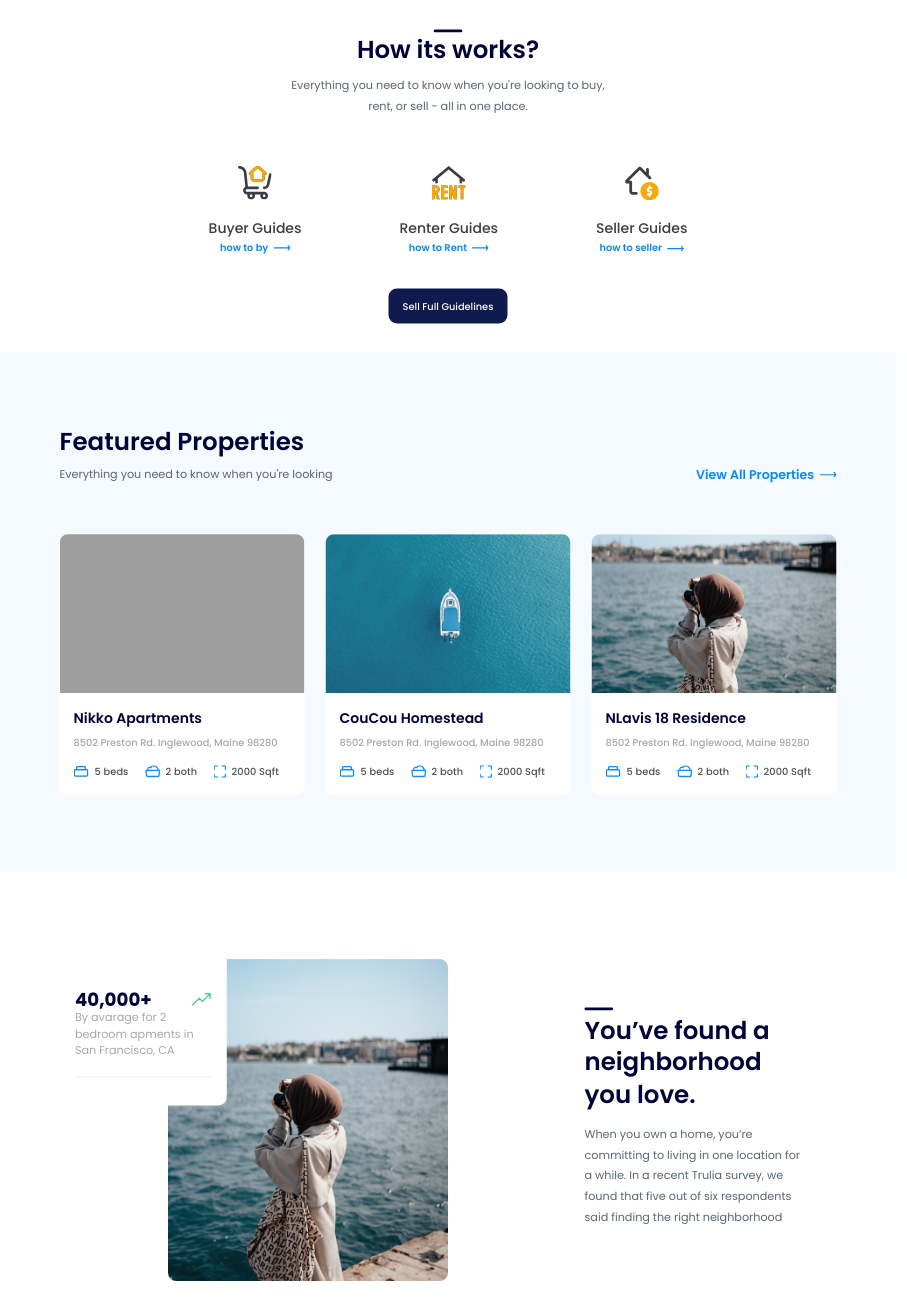
Repository: Kazuto-2004/f8-htmlcss-01
Page: index.html
These files come from the project's save history. The page is drawn as it stood at one moment and after the next save; the edit follows.
The browser window is 1280 px wide. The page is 1295 px wide, so the pictures cover 1295 px, including what lies to the right of the window. The pictures show the part of the page from y = 1193 to 3073 px (the page is 3073 px tall), at 70% of full size.
Pictures or frames that could not be fetched are drawn as grey boxes.

Above is the page before, as saved 2023-07-15 10:17:07.

### index.html
<!DOCTYPE html>
<html lang="en">
    <head>
        <meta charset="UTF-8" />
        <meta name="viewport" content="width=device-width, initial-scale=1.0" />
        <title>F8 Project01</title>
        <link rel="stylesheet" href="./assets/css/reset.css" />
        <!-- Embed fonts -->
        <link rel="preconnect" href="https://fonts.googleapis.com" />
        <link rel="preconnect" href="https://fonts.gstatic.com" crossorigin />
        <link
            href="https://fonts.googleapis.com/css2?family=Lato:wght@700&display=swap"
            rel="stylesheet" />
        <link rel="stylesheet" href="./assets/fonts/stylesheet.css" />
        <!-- <style> style</style> -->
        <link rel="stylesheet" href="assets/css/styles.css" />
    </head>
    <body>
        <main style="height: 1000px">
            <!-- Header -->
            <header class="header">
                <div class="content">
                    <nav class="navbar">
                        <!-- Logo -->
                        <img src="./assets/img/Logo.svg" alt="Besnik." />
                        <!-- Navigation -->
                        <ul>
                            <li>
                                <a href="#!">Home</a>
                            </li>
                            <li>
                                <a href="#!">Features</a>
                            </li>
                            <li>
                                <a href="#!">Services</a>
                            </li>
                            <li>
                                <a href="#!">Resources</a>
                            </li>
                            <li>
                                <a href="#!">Contact</a>
                            </li>
                        </ul>
                        <!-- Action -->
                        <div class="action">
                            <a href="#!" class="action-link">Sign in</a>
                            <a href="#!" class="btn action-btn">Sign up</a>
                        </div>
                    </nav>
                    <div class="hero">
                        <div class="info">
                            <p class="sub-title">Welcome to Besnik Agency</p>
                            <h1 class="title">
                                Discover a place you'll love to live.
                            </h1>
                            <p class="desc">
                                Get the best real estate deals first, before
                                they hit the mass market! HOT FORECLOSURE DEALS
                                with one simple search.
                            </p>
                            <!-- call to action -->
                            <a href="#!" class="btn hero-cta">More About Us</a>
                        </div>

                        <img
                            src="./assets/img/hero-img.svg"
                            alt="Discover a place you'll love to live."
                            class="hero-img" />
                    </div>
                </div>
            </header>

            <!-- clients -->
            <div class="clients">
                <div class="content">
                    <div class="row">
                        <!-- logo -->
                        <img src="./assets/img/Logo.svg" alt="Besnik." />

                        <!-- star -->
                        <div class="star">
                            <img src="./assets/img/Star.svg" alt="" />
                        </div>
                    </div>
                    <div class="row row-desc">
                        <p class="desc">
                            More than 45,000+ companies trust besnik
                        </p>
                        <p class="desc">5 Star Ratings (2k+ Review)</p>
                    </div>
                    <div class="image">
                        <img src="./assets/img/meundies.svg" alt="me undies" />
                        <img src="./assets/img/slack.svg" alt="slack" />
                        <img src="./assets/img/amazon.svg" alt="amazon" />
                        <img
                            src="./assets/img/woocommerce.svg"
                            alt="woo commerce" />
                        <img src="./assets/img/sitepoint.svg" alt="sitepoint" />
                    </div>
                </div>
            </div>

            <!-- Guides -->
            <div class="guides">
                <div class="content">
                    <h2 class="sub-title">How its works?</h2>
                    <p class="desc">
                        Everything you need to know when you're looking to buy,
                        rent, or sell - all in one place.
                    </p>

                    <!--  list guide -->
                    <ul class="list-guide">
                        <li class="guide-item">
                            <img
                                src="./assets/img/Buyer.svg"
                                alt="Buyer"
                                class="icon" />
                            <h3 class="title">Buyer Guides</h3>
                            <a href="#!" class="link">
                                <span>how to by</span>
                                <img
                                    src="./assets/img/arow-right.svg"
                                    alt="arrow-right"
                                    class="arrow" />
                            </a>
                        </li>
                        <li class="guide-item">
                            <img
                                src="./assets/img/renter.svg"
                                alt="renter"
                                class="icon" />
                            <h3 class="title">Renter Guides</h3>
                            <a href="#!" class="link">
                                <span>how to Rent</span>
                                <img
                                    src="./assets/img/arow-right.svg"
                                    alt="arrow-right"
                                    class="arrow" />
                            </a>
                        </li>
                        <li class="guide-item">
                            <img
                                src="./assets/img/seller.svg"
                                alt="sellert"
                                class="icon" />
                            <h3 class="title">Seller Guides</h3>
                            <a href="#!" class="link">
                                <span>how to seller</span>
                                <img
                                    src="./assets/img/arow-right.svg"
                                    alt="arrow-right"
                                    class="arrow" />
                            </a>
                        </li>
                    </ul>

                    <div class="guide-cta">
                        <a href="#!" class="btn">Sell Full Guidelines</a>
                    </div>
                </div>
            </div>

            <!-- Featured -->
            <div class="featured">
                <div class="content">
                    <header>
                        <h2 class="sub-title">Featured Properties</h2>
                        <div class="row">
                            <p class="desc">
                                Everything you need to know when you're looking
                            </p>
                            <a href="#!" class="link"
                                ><span>View All Properties</span
                                ><img
                                    src="./assets/img/arow-right.svg"
                                    alt="arrow"
                                    class="arrow"
                            /></a>
                        </div>
                    </header>

                    <div class="list">
                        <!-- Featured 1 -->
                        <div class="item">
                            <a href="#!">
                                <img
                                    src="./assets/img/featured1.jpg"
                                    alt="Nikko Apartments"
                                    class="thumb" />
                            </a>
                            <div class="body">
                                <h3 class="title">
                                    <a href="#!" class="line-clamp">Nikko Apartments</a>
                                </h3>
                                <p class="desc line-clamp">
                                    8502 Preston Rd. Inglewood, Maine 98280
                                </p>
                                <div class="info">
                                    <img
                                        src="./assets/img/beds.svg"
                                        alt=""
                                        class="icon" />
                                    <span class="label">5 beds</span>

                                    <img
                                        src="./assets/img/both.svg"
                                        alt=""
                                        class="icon" />
                                    <span class="label">2 both</span>

                                    <img
                                        src="./assets/img/sqft.svg"
                                        alt=""
                                        class="icon" />
                                    <span class="label">2000 Sqft</span>
                                </div>
                            </div>
                        </div>

                        <!-- Featured 2 -->
                        <div class="item">
                            <a href="#!">
                                <img
                                    src="./assets/img/featured2.jpg"
                                    alt="CouCou Homestead"
                                    class="thumb" />
                            </a>
                            <div class="body">
                                <h3 class="title">
                                    <a href="#!" class="line-clamp">CouCou Homestead</a>
                                </h3>
                                <p class="desc line-clamp">
                                    8502 Preston Rd. Inglewood, Maine 98280
                                </p>
                                <div class="info">
                                    <img
                                        src="./assets/img/beds.svg"
                                        alt=""
                                        class="icon" />
                                    <span class="label">5 beds</span>

                                    <img
                                        src="./assets/img/both.svg"
                                        alt=""
                                        class="icon" />
                                    <span class="label">2 both</span>

                                    <img
                                        src="./assets/img/sqft.svg"
                                        alt=""
                                        class="icon" />
                                    <span class="label">2000 Sqft</span>
                                </div>
                            </div>
                        </div>

                        <!-- Featured 3 -->
                        <div class="item">
                            <a href="#!">
                                <img
                                    src="./assets/img/featured3.jpg"
                                    alt="Lavis 18 Residence"
                                    class="thumb" />
                            </a>
                            <div class="body">
                                <h3 class="title">
                                    <a href="#!" class="line-clamp">NLavis 18 Residence</a>
                                </h3>
                                <p class="desc line-clamp" >
                                    8502 Preston Rd. Inglewood, Maine 98280
                                </p>
                                <div class="info">
                                    <img
                                        src="./assets/img/beds.svg"
                                        alt=""
                                        class="icon" />
                                    <span class="label">5 beds</span>

                                    <img
                                        src="./assets/img/both.svg"
                                        alt=""
                                        class="icon" />
                                    <span class="label">2 both</span>

                                    <img
                                        src="./assets/img/sqft.svg"
                                        alt=""
                                        class="icon" />
                                    <span class="label">2000 Sqft</span>
                                </div>
                            </div>
                        </div>
                    </div>
                </div>
            </div>

            <!-- Stats -->
            <div class="stats">
                <div class="content">
                    <div class="row">
                        <div class="img-block">

                            <img class="image" src="./assets/img/starts.jpg" alt="You’ve found a neighborhood you love.">
                             <!-- trend -->
                        <div class="stats-trend">
                            <div class="row">
                                <strong class="value">40,000+</strong>
                                <img src="./assets/img/arrow-trend-up.svg" alt="" class="icon">
                            </div>
                            <p class="desc">By avarage for 2 bedroom apments in San Francisco, CA</p>
                            <div class="separate"></div>
                        </div>
                        </div>
                        <div class="info">
                            <h2 class="sub-title">You’ve found a neighborhood you love.</h2>
                            <p
                             class="desc">When you own a home, you’re committing to living in one location for a while. In a recent Trulia survey, we found that five out of six respondents said finding the right neighborhood
                            </p>
                        </div>
                    </div>
                </div>
            </div>
        </main>
    </body>
</html>

### assets/css/styles.css
* {
    box-sizing: border-box;
}

:root {
    --primary-color: #0f1b4c;
}
html {
    font-size: 62.5%;
}

body {
    font-size: 1.6rem;
    font-family: "Poppins", sans-serif;
}
/* Common */
a {
    text-decoration: none;
}
.content {
    width: 1110px;
    max-width: calc(100% - 48px);
    margin: auto;
}
.btn {
    display: inline-block;
    min-width: 98px;
    padding: 18px 16px;
    border-radius: 12px;
    background: var(--primary-color);
    color: #fff;
    font-size: 1.4rem;
    font-weight: 500;
    text-align: center;
}

.btn:hover {
    opacity: 0.9;
}

.line-clamp {
    display: -webkit-box;
    -webkit-line-clamp: var(--line-clamp, 2);
    -webkit-box-orient: vertical;
    overflow: hidden;
}
/* ==== Header ==== */
.header {
    background-color: #e6f0ff;
    height: 100vh;
    position: relative;
}

.navbar {
    display: flex;
    align-items: center;
    padding-top: 38px;
}

.navbar ul {
    display: flex;
    margin-left: 50px;
}

.navbar .action {
    margin-left: auto;
}

.navbar ul a {
    font-size: 1.4rem;
    font-weight: 500;
    color: #4f5361;
    padding: 8px 14px;
}

.navbar ul a:hover {
    text-decoration: underline;
}

.navbar .action-link {
    color: var(--primary-color);
    font-size: 1.4rem;
    font-weight: 500;
}

.navbar .action-btn {
    padding: 13px 16px;
    margin-left: 18px;
    border-radius: 8px;
}
/* ---hero--- */
.hero {
    margin-top: 130px;
}

.hero .info {
    width: 51%;
}

.hero .sub-title {
    color: #687690;
    font-size: 1.8rem;
    line-height: 1.5;
    letter-spacing: 0.01em;
}

.hero .title {
    margin-top: 8px;
    color: #000336;
    font-size: 6.2rem;
    font-weight: 700;
    line-height: 1.19;
}

.hero .desc {
    margin-top: 30px;
    color: #5a6473;
    font-size: 1.8rem;
    font-weight: 400;
    line-height: 1.78;
}

.hero-cta {
    min-width: 170px;
    margin-top: 40px;
}

.hero-img {
    position: absolute;
    right: calc((100vw - 1110px) / 2 - 100px);
    bottom: 0;
}

/*===== clients ======*/
.clients {
    margin-top: 79px;
    padding: 43px 64px 0px;
}

.clients .row {
    display: flex;
    justify-content: space-between;
}

.clients .desc {
    color: #7d8589;
    font-size: 1.6rem;
    font-weight: 500;
    line-height: 1.25;
}

.clients .row-desc {
    margin-top: 23px;
}

.clients .image {
    margin-top: 96px;
    display: flex;
    justify-content: space-between;
    align-items: center;
}

/*===== guides ======*/
.guides {
    margin-top: 200px;
}

.guides .sub-title {
    position: relative;
    color: #000339;
    text-align: center;
    font-size: 3.5rem;
    font-weight: 600;
    line-height: 1;
}

.guides .sub-title::before {
    position: absolute;
    top: -10px;
    left: 50%;
    transform: translate(-50%);
    content: "";
    display: inline-block;
    width: 41px;
    height: 4px;
    border-radius: 12px;
    background: #000339;
}

.guides .desc {
    width: 459px;
    max-width: 100%;
    color: #5a6473;
    text-align: center;
    font-size: 1.6rem;
    font-weight: 400;
    line-height: 1.88;
    margin: 20px auto 0;
}

.list-guide {
    margin-top: 70px;
    display: flex;
    justify-content: center;
}

.guide-item {
    margin: 0 70px;
    text-align: center;
}

.guide-item .title {
    margin-top: 26px;
    color: #3b3c45;
    font-size: 2rem;
    font-weight: 500;
    line-height: 1.1;
}

.guide-item .link {
    display: inline-block;
    color: #0689ff;
    font-size: 1.4rem;
    font-weight: 600;
    margin-top: 10px;
}

.guide-item .arrow {
    margin-left: 4px;
}

.guide-cta {
    display: flex;
    justify-content: center;
    margin-top: 50px;
}

.guide-cta .btn {
    min-width: 170px;
}

/*======== featured======= */
.featured {
    margin-top: 41px;
    background: #f5fafe;
    padding: 110px 0;
}

.featured .sub-title {
    font-size: 3.5rem;
    font-style: normal;
    font-weight: 600;
    line-height: 1;
    color: #000339;
}

.featured .row {
    display: flex;
    justify-content: space-between;
    margin-top: 15px;
}

.featured .desc {
    color: #5a6473;
    font-size: 1.6rem;
    font-weight: 400;
    line-height: 1.88;
}

.featured .link {
    display: flex;
    align-items: center;
    color: #0689ff;
    font-size: 1.8rem;
    font-weight: 600;
}

.featured .link .arrow {
    margin-left: 8px;
}

.featured .list {
    margin-top: 70px;
    gap: 30px;
    display: flex;
}

.featured .item {
    flex: 1;
    background-color: #fff;
    border-radius: 12px;
}

.featured .item .thumb {
    width: 100%;
    height: 227px;
    object-fit: cover;
    border-top-left-radius: 12px;
    border-top-right-radius: 12px;
}

.featured .item .body {
    padding: 17px 20px 24px;
}

.featured .item .title a{
    color: #000339;
    font-size: 2rem;
    font-weight: 600;
    line-height: 1.5;

}

.featured .item .desc {
    --line-clamp : 3;
    margin-top: 11px;
    color: #a3a6ab;
    font-size: 1.4rem;
    font-weight: 500;
    line-height: 1.5;
    word-wrap:break-words;
}

.featured .item .info {
    margin-top: 21px;
    display: flex;
    align-items: center;
}

.featured .item .icon {
    margin-left: 23px;
}

.featured .item .icon:first-child {
    margin-left: 0;
}
.featured .item .label {
    color: #4d4d52;
    margin-left: 8px;
    font-size: 1.4rem;
    font-weight: 500;
    letter-spacing: 0.01em;
}

/*===== stats===== */
.stats {
    margin-top: 75px;
    padding: 50px 0px;
}

.stats .row {
    display: flex;
}

.stats .img-block,
.stats .info  {
    width: 50%;
}

.stats .img-block {
    position: relative;
}

.stats .info {
    padding: 79px 0 0 195px;
}

.stats-trend {
    position: absolute;
    top: 0;
    left: 0;
    width: 239px;
    padding: 45px 22px 40px;
    border-radius: 0px 0px 12px 12px;
    background-color: #fff;
}

.stats-trend .value {
    color: #000339;
    font-size: 2.6rem;
    font-weight: 700;
    line-height: 1; /* 100% */
    letter-spacing: 0.01rem;
}

.stats-trend .icon {
    margin-left: auto;
}

.stats-trend .desc {
    color: #A7A7A7;
font-size: 1.2;
font-weight: 400;
line-height: 1.5; /* 150% */
}

.stats-trend .separate {
    height: 1px;
    background: #E9E9E9;
    margin-top: 25px;
}
.stats .img-block .image {
    display: block;
    margin-left: auto;
  width: 400px;
 height: 460px;
 border-radius: 12px;
  object-fit: cover;
}

.stats .sub-title {
    position: relative;
color: #000339;
font-size: 3.5rem;
font-weight: 600;
line-height: 1.29; /* 128.571% */
width: 269px;
}

.stats .sub-title::before {
    position: absolute;
    left: 0;
    top: -10px;
    content:  "";
    display: block;
    width: 41px;
height: 4px;
border-radius: 12px;
background: #000339;
}

.stats .info .desc {
    margin-top: 20px;
    width: 309px;
    color: #5A6473;
font-size: 1.6rem;
font-weight: 400;
line-height: 1.87; /* 187.5% */
}

Loaded but not shown: assets/css/reset.css (common file); assets/fonts/stylesheet.css (162 lines, source omitted)

After the next save:
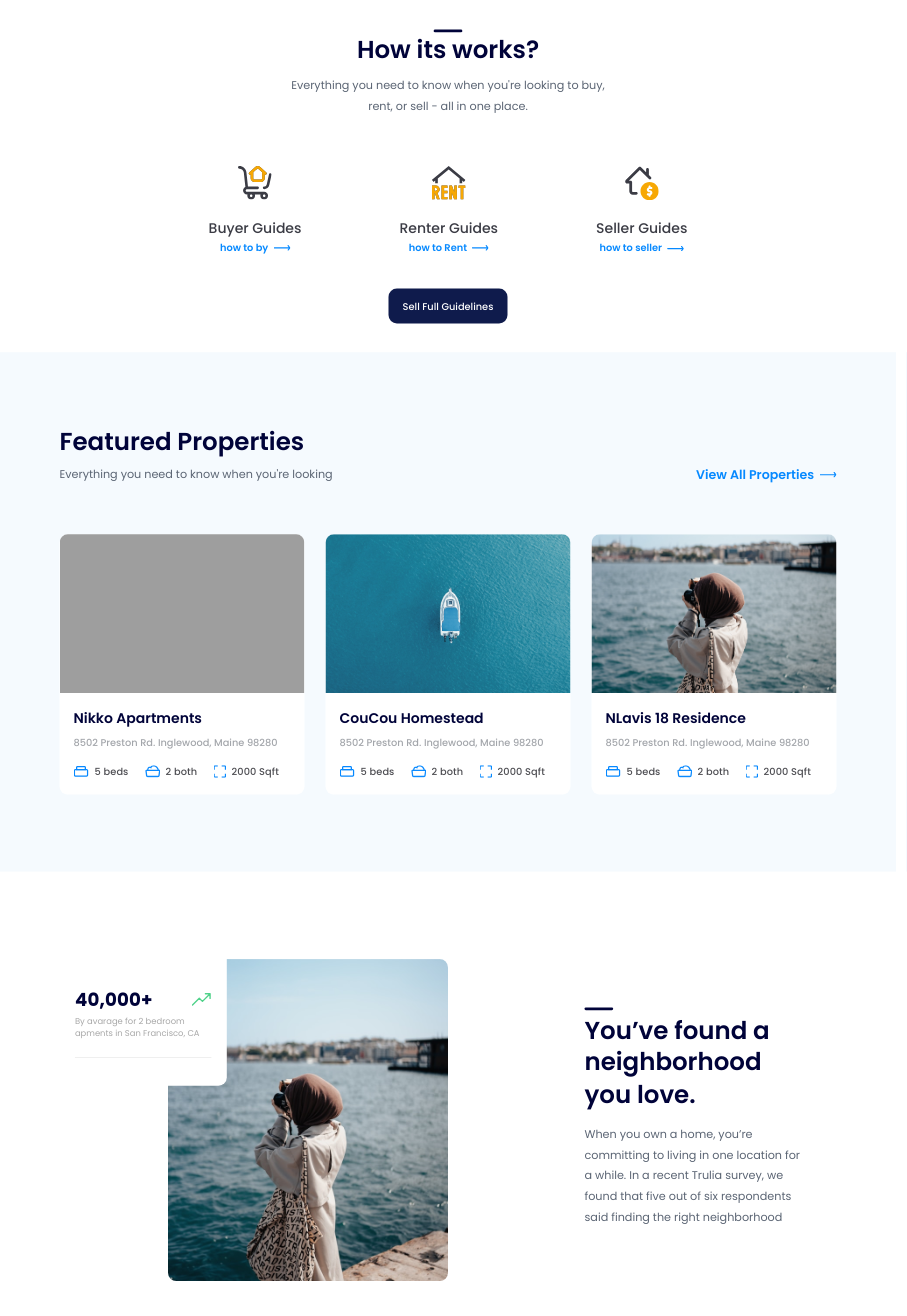
Saved 45 s later.
--- a/assets/css/styles.css
+++ b/assets/css/styles.css
@@ -374,13 +374,11 @@
     border-radius: 0px 0px 12px 12px;
     background-color: #fff;
 }
-
 .stats-trend .value {
+    font-weight: 700;
+    font-size: 2.6rem;
+    letter-spacing: 0.01em;
     color: #000339;
-    font-size: 2.6rem;
-    font-weight: 700;
-    line-height: 1; /* 100% */
-    letter-spacing: 0.01rem;
 }
 
 .stats-trend .icon {
@@ -388,17 +386,19 @@
 }
 
 .stats-trend .desc {
-    color: #A7A7A7;
-font-size: 1.2;
-font-weight: 400;
-line-height: 1.5; /* 150% */
+    margin-top: 8px;
+    font-weight: 400;
+    font-size: 1.2rem;
+    line-height: 1.5;
+    color: #a7a7a7;
 }
 
 .stats-trend .separate {
     height: 1px;
-    background: #E9E9E9;
     margin-top: 25px;
-}
+    background: #e9e9e9;
+}
+
 .stats .img-block .image {
     display: block;
     margin-left: auto;
